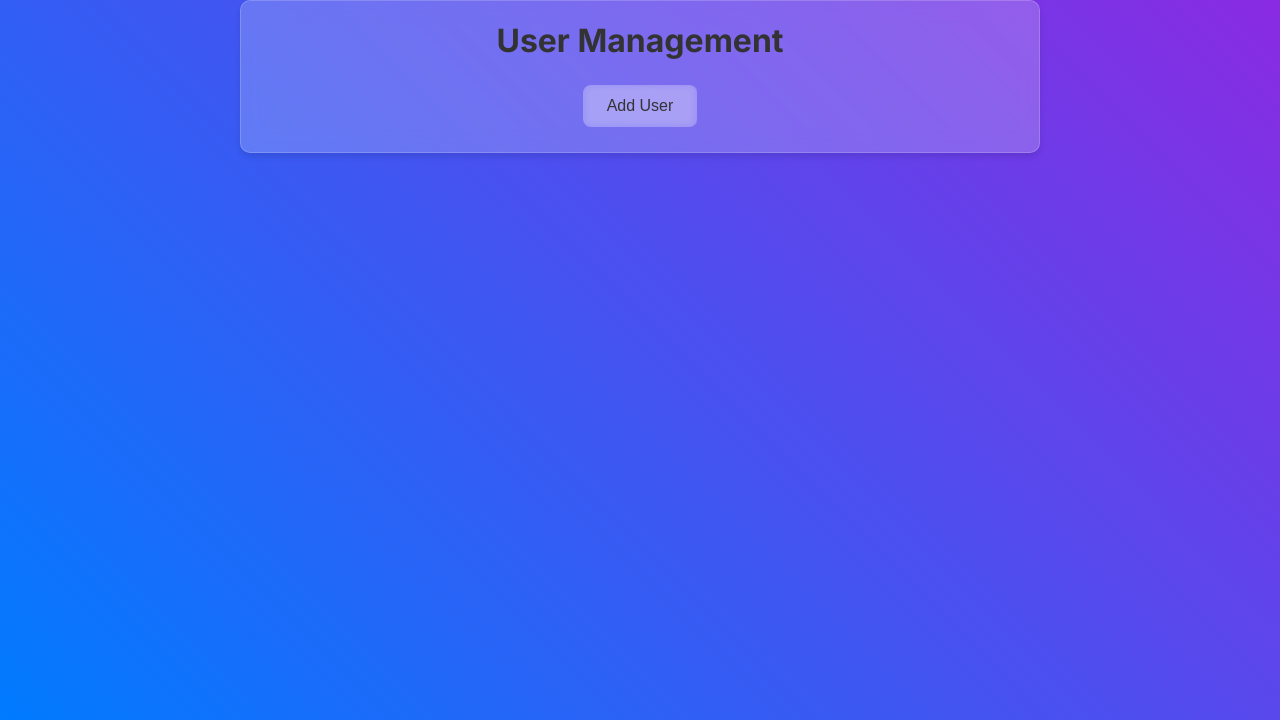
Repository: EeeeeEyyyy/crud-proj
Page: /
The author's editor kept a copy of each file at every save. The page is drawn from the files as they stood at one save, then again after the next save.
The browser window is 1280 px wide. The pictures show the whole page.
The page's requests for data from a server got no answer. The project was rebuilt for these pictures with package versions that can differ from the ones it lists, and the page was loaded fresh each time. The framework's server and built-in components were replaced by stand-ins that run in the browser. No one was signed in, and anything a server would have sent is missing. Also part of the build but not shown: next.config.mjs.

Above is the page before, as saved 2024-06-24 14:59:43.

After the next save:
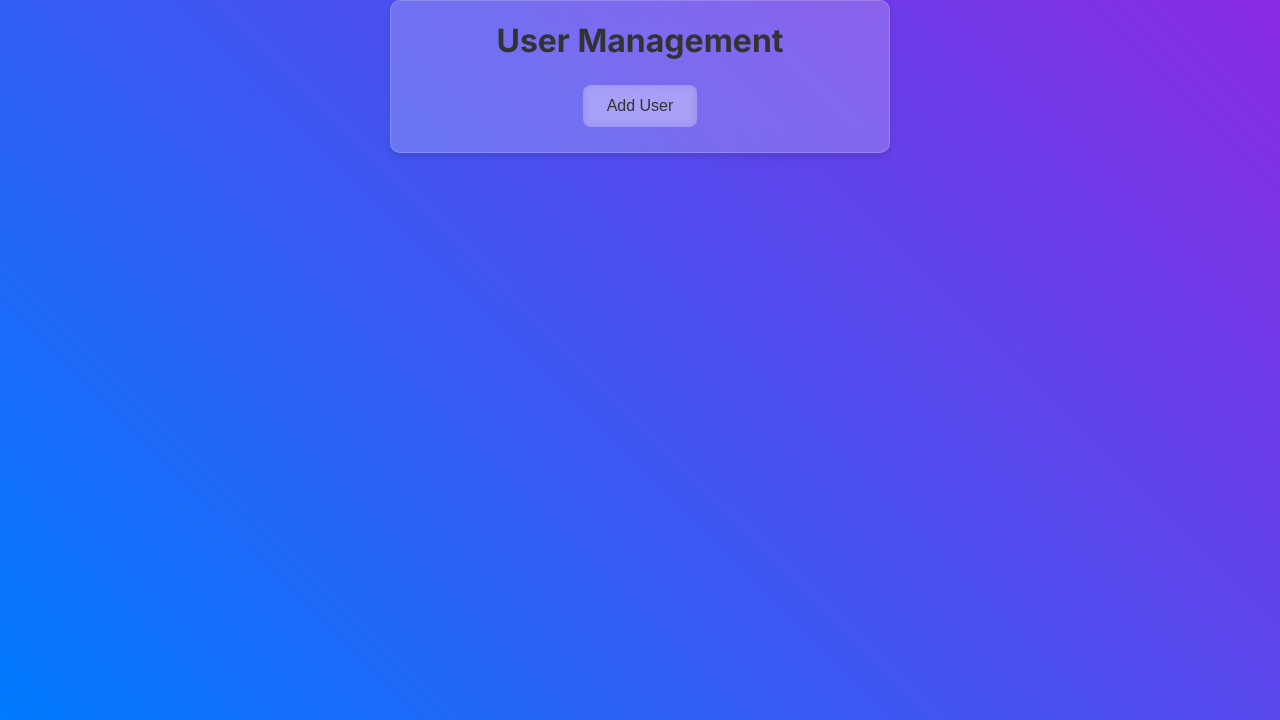
Saved 2 min 2 s later.
--- a/src/app/globals.css
+++ b/src/app/globals.css
@@ -35,14 +35,12 @@ a {
   z-index: 2;
   font-family: var(--font-mono);
 }
-
 .description a {
   display: flex;
   justify-content: center;
   align-items: center;
   gap: 0.5rem;
 }
-
 .description p {
   position: relative;
   margin: 0;
@@ -51,19 +49,16 @@ a {
   border: 1px solid rgba(var(--callout-border-rgb), 0.3);
   border-radius: var(--border-radius);
 }
-
 .code {
   font-weight: 700;
   font-family: var(--font-mono);
 }
-
 .grid {
   display: grid;
   grid-template-columns: repeat(4, minmax(25%, auto));
   max-width: 100%;
   width: var(--max-width);
 }
-
 .card {
   padding: 1rem 1.2rem;
   border-radius: var(--border-radius);
@@ -71,7 +66,6 @@ a {
   border: 1px solid rgba(var(--card-border-rgb), 0);
   transition: background 200ms, border 200ms;
 }
-
 .card span {
   display: inline-block;
   transition: transform 200ms;
@@ -81,7 +75,6 @@ a {
   font-weight: 600;
   margin-bottom: 0.7rem;
 }
-
 .card p {
   margin: 0;
   opacity: 0.6;
@@ -90,7 +83,6 @@ a {
   max-width: 30ch;
   text-wrap: balance;
 }
-
 .center {
   display: flex;
   justify-content: center;
@@ -98,7 +90,6 @@ a {
   position: relative;
   padding: 4rem 0;
 }
-
 .center::before {
   background: var(--secondary-glow);
   border-radius: 50%;
@@ -106,14 +97,12 @@ a {
   height: 360px;
   margin-left: -400px;
 }
-
 .center::after {
   background: var(--primary-glow);
   width: 240px;
   height: 180px;
   z-index: -1;
 }
-
 .center::before,
 .center::after {
   content: "";
@@ -122,7 +111,6 @@ a {
   filter: blur(45px);
   transform: translateZ(0);
 }
-
 .logo {
   position: relative;
 }
@@ -132,31 +120,26 @@ a {
     background: rgba(var(--card-rgb), 0.1);
     border: 1px solid rgba(var(--card-border-rgb), 0.15);
   }
-
   .card:hover span {
     transform: translateX(4px);
   }
 }
-
 @media (prefers-reduced-motion) {
   .card:hover span {
     transform: none;
   }
 }
-
 /* Mobile */
 @media (max-width: 700px) {
   .content {
     padding: 4rem;
   }
-
   .grid {
     grid-template-columns: 1fr;
     margin-bottom: 120px;
     max-width: 320px;
     text-align: center;
   }
-
   .card {
     padding: 1rem 2.5rem;
   }
@@ -351,7 +334,7 @@ input {
   border-radius: 4px;
   font-size: 16px;
 }
-.container { max-width: 800px; margin: 0 auto; padding: 20px; background: rgba(255, 255, 255, 0.2); border: 1px solid rgba(255, 255, 255, 0.18); border-radius: 10px; backdrop-filter: blur(10px); box-shadow: 0 4px 6px rgba(0, 0, 0, 0.1); text-align: center; }
+.container { max-width: 500px; margin: 0 auto; padding: 20px; background: rgba(255, 255, 255, 0.2); border: 1px solid rgba(255, 255, 255, 0.18); border-radius: 10px; backdrop-filter: blur(10px); box-shadow: 0 4px 6px rgba(0, 0, 0, 0.1); text-align: center; }
 h1 { font-size: 2em; margin-bottom: 20px; color: #333; }
 .glassButton { background: rgba(255, 255, 255, 0.2); border: none; padding: 12px 24px; font-size: 16px; color: #333; cursor: pointer; outline: none; transition: background-color 0.3s ease, transform 0.3s ease; backdrop-filter: blur(5px); border-radius: 8px; margin: 5px; }
 .glassButton:hover { background: rgba(255, 255, 255, 0.3); transform: scale(1.05); }
